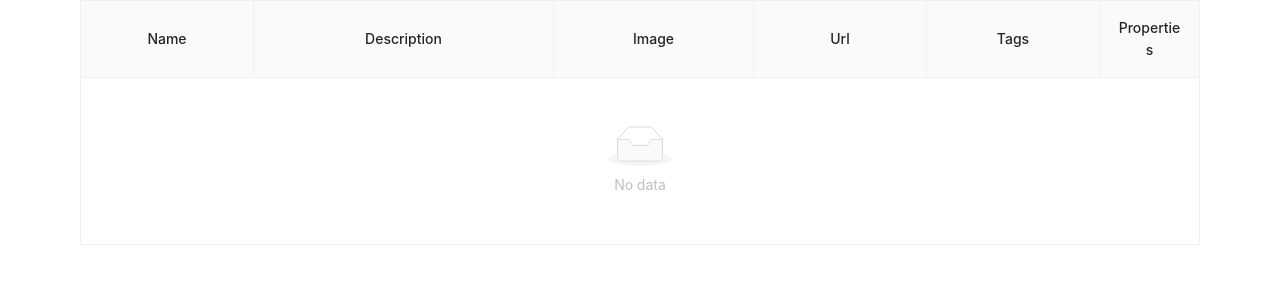
Repository: nitpfy/vote-applet
Page: / (app in table/)
An editor plug-in stored every save of this project. The page is shown before and after the next save, followed by the edit.
The browser window is 1280 px wide. The pictures show the whole page.
The page's requests for data from a server got no answer. The project was rebuilt for these pictures with package versions that can differ from the ones it lists, and the page was loaded fresh each time. No one was signed in, and anything a server would have sent is missing.

Above is the page before, as saved 2022-01-20 01:22:46.

### table/public/index.html
<!DOCTYPE html>
<html lang="en">
  <head>
    <meta charset="utf-8" />
    <meta name="viewport" content="width=device-width, initial-scale=1" />
    <meta name="theme-color" content="#000000" />
    <meta
      name="description"
      content="Web site created using create-react-app"
    />

    <title>Table</title>
  </head>
  <body>
    <noscript>You need to enable JavaScript to run this app.</noscript>
    <div id="root"></div>
  </body>
</html>

### table/src/App.js
import React, { memo, useEffect, useState } from 'react';
import 'antd/dist/antd.css';
import { Table, Tag, Space, Modal, Button, Tooltip } from 'antd';
import {useAxios} from './hooks'

const Cpn = (props) => {
  const [isModalVisible, setIsModalVisible] = useState(false);

  const showModal = () => {
    setIsModalVisible(true);
  };

  const handleOk = () => {
    setIsModalVisible(false);
  };

  const handleCancel = () => {
    setIsModalVisible(false);
  };
  return (
    <>
      <Button type="primary" onClick={showModal}>
        Proprety
      </Button>
      <Modal title="Basic Modal" visible={isModalVisible} onOk={handleOk} onCancel={handleCancel}>

      </Modal>
    </>
  );
};

export default memo(function App() {
  const {data,loading,error} = useAxios({url:'http://www.mocky.io/v2/5ea28891310000358f1ef182'})
  const [datas, setdatas] = useState()
  useEffect(()=>{
    setdatas(data?.apis.map((it,idx)=>({...it,key:idx})))
  },[data])
  if(loading) return loading
  if(error) console.log('error:',error);

  console.log('datas:',datas);
  const columns = [
    {
      title: 'Name',
      dataIndex: 'name',
      key: 'name',
      align:'center',
    },
    {
      title: 'Description',
      dataIndex: 'description',
      key: 'description',
      width:'300px',
      align:'center',
      render: text => <Tooltip placement="topLeft" title={text}>{text}</Tooltip>,
      onCell: () => {
        return {
          style: {
            maxWidth: 300,
            overflow: 'hidden',
            whiteSpace: 'nowrap',
            textOverflow: 'ellipsis'
          }
        }
      },
    },
    {
      title: 'Image',
      dataIndex: 'image',
      key: 'image',
      align:'center',
      width:'200px',
      render: img => <img src={img} alt='null'></img>,
    },
    {
      title: 'Url',
      dataIndex: 'baseURL',
      key: 'url',
      align:'center',
      render: url => <a href={url}>{url}</a>,
    },
    {
      title: 'Tags',
      key: 'tags',
      dataIndex: 'tags',
      align:'center',
      render: tags => (
        <>
          {tags.map(tag => {
            let color = tag.length > 5 ? 'geekblue' : 'green';
            return (
              <Tag color={color} key={tag} style={{margin:'0px'}}>
                {tag.toUpperCase()}
              </Tag>
            );
          })}
        </>
      ),
    },
    {
      title: 'Properties',
      key: 'properties',
      dataIndex: 'properties',
      align:'center',
      width:'100px',
      render: (item) => (
        <Cpn item={item}></Cpn>
      ),
    },
  ];
  return (
  <div style={{width:'1120px',margin:'auto'}}>
    <Table columns={columns} dataSource={datas} bordered='true' scroll={{ y: '500px' }}/>
  </div>
  );
});

### table/src/hooks.js
import React, { memo, useEffect,useState } from 'react';
import axios from 'axios';

export function useAxios(config){
  const [data, setdata] = useState()
  const [loading, setloading] = useState(true)
  const [error, seterror] = useState()
  const [i, setI] = useState(0)
  useEffect(() => {
    const CancelToken = axios.CancelToken
    const source = CancelToken.source()
    var req = axios({
      ...config,
      cancelToken: source.token,
    })
    req.then(res=>{
      setdata(res.data)
      setloading(false)
    }).catch(e=>{
      seterror('400:',e.toString())
      setloading(false)
    })
    return () => source.cancel()
  }, [config.url,i])
  function update(){
    setI(i+1)
  }
  return {data,loading,error,update}
}

Loaded but not shown: table/src/index.js (common file)

After the next save:
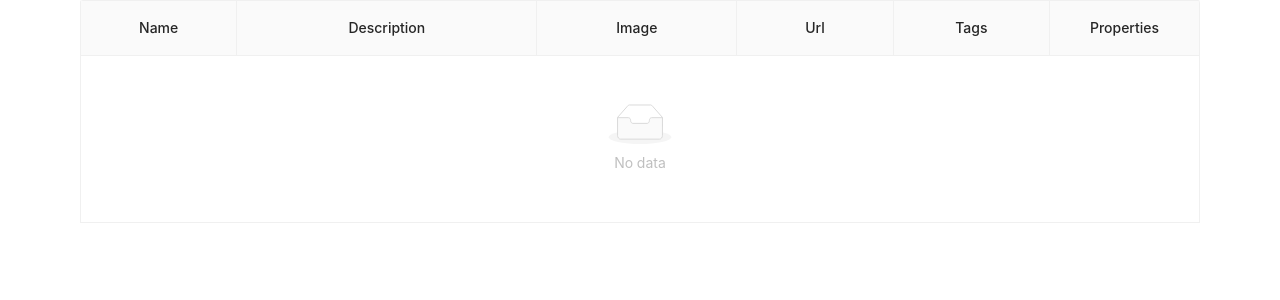
Saved 6 s later.
--- a/table/src/App.js
+++ b/table/src/App.js
@@ -102,7 +102,7 @@ export default memo(function App() {
       key: 'properties',
       dataIndex: 'properties',
       align:'center',
-      width:'100px',
+      width:'150px',
       render: (item) => (
         <Cpn item={item}></Cpn>
       ),
